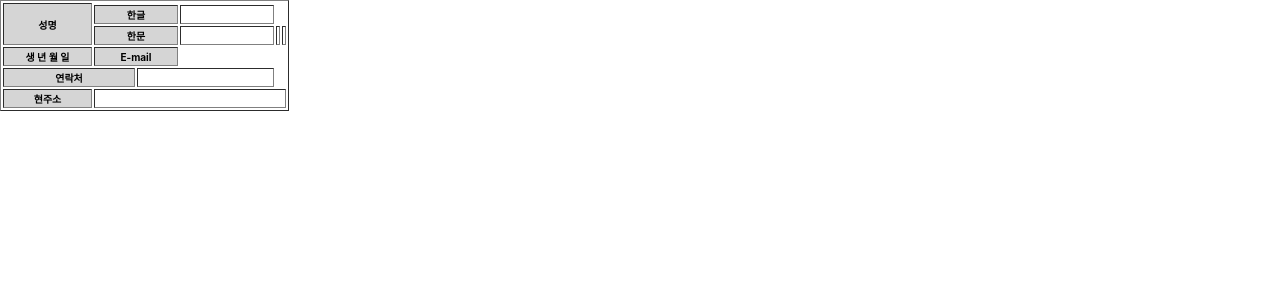
Repository: jiyeonyun/Resume
Page: / (app in resumes/)
These files come from the project's save history. The page is drawn as it stood at one moment and after the next save; the edit follows.
The browser window is 1280 px wide. The pictures show the whole page.
The project was rebuilt for these pictures with package versions that can differ from the ones it lists, and the page was loaded fresh each time. Also part of the build but not shown: resumes/src/data/edudata.js, resumes/src/components/educationalHIstory/educational.jsx, resumes/src/components/footer/footer.jsx.

Above is the page before, as saved 2022-05-25 15:31:13.

### resumes/src/App.jsx
import { useState } from "react";
import styles from "./App.module.css";
import Educational from "./components/educationalHIstory/educational";
import Footer from "./components/footer/footer";
import PersonalInfo from "./components/personalInfo/personalInfo";
function App() {
  const [personalInfoData, setPersonalInfoData] = useState({
    name: "홍길동",
    birth: "1998-03-18",
    adress: "서울특별시 영등포구",
    email: "jyyun@zentropy.com",
    number: "010-2055-7663",
  });
  return (
    <div className="App">
      <PersonalInfo />
    </div>
  );
}

export default App;

### resumes/src/App.module.css
* {
  font-size: 10px;
}

### resumes/src/components/personalInfo/personalInfo.jsx
import React from "react";

const PersonalInfo = ({ personalInfoData }) => {
  return (
    <table border="1">
      <tr>
        <th rowSpan="3" width="85" height="30" bgcolor="D5D5D5">
          성명
        </th>
      </tr>
      <tr>
        <th colSpan="2" bgcolor="D5D5D5">
          한글
        </th>
        <td width="90"></td>
      </tr>
      <tr>
        <th colSpan="2" bgcolor="D5D5D5">
          한문
        </th>
        <td></td>
        <td></td>
        <td colSpan="2"></td>
      </tr>
      <tr>
        <th bgcolor="D5D5D5">생 년 월 일</th>
        <th colSpan="2" width="80" bgcolor="D5D5D5">
          E-mail
        </th>
      </tr>
      <tr>
        <th colSpan="2" width="50" bgcolor="D5D5D5">
          연락처
        </th>
        <td colSpan="2"></td>
      </tr>
      <tr>
        <th bgcolor="D5D5D5">현주소</th>
        <td colSpan="8"></td>
      </tr>
    </table>
  );
};

export default PersonalInfo;

Loaded but not shown: resumes/public/index.html (common file); resumes/src/index.js (common file); resumes/src/index.css (common file); resumes/src/reportWebVitals.js (common file)

After the next save:
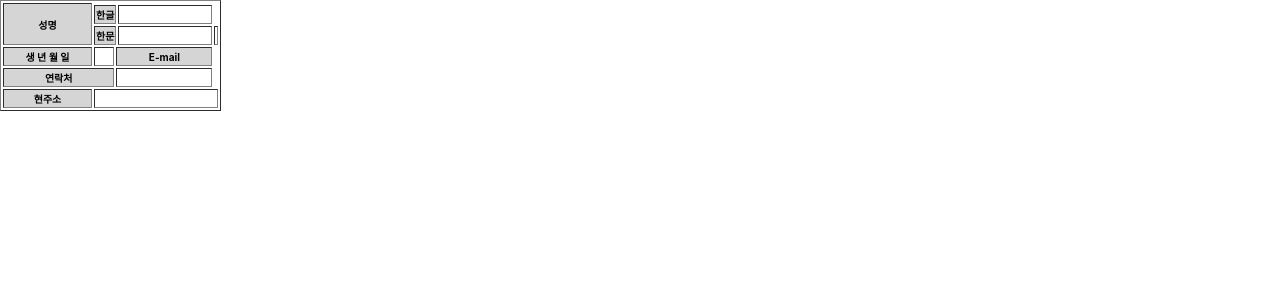
Saved 12 s later.
--- a/resumes/src/components/personalInfo/personalInfo.jsx
+++ b/resumes/src/components/personalInfo/personalInfo.jsx
@@ -18,12 +18,13 @@ const PersonalInfo = ({ personalInfoData }) => {
         <th colSpan="2" bgcolor="D5D5D5">
           한문
         </th>
-        <td></td>
+
         <td></td>
         <td colSpan="2"></td>
       </tr>
       <tr>
         <th bgcolor="D5D5D5">생 년 월 일</th>
+        <td></td>
         <th colSpan="2" width="80" bgcolor="D5D5D5">
           E-mail
         </th>
